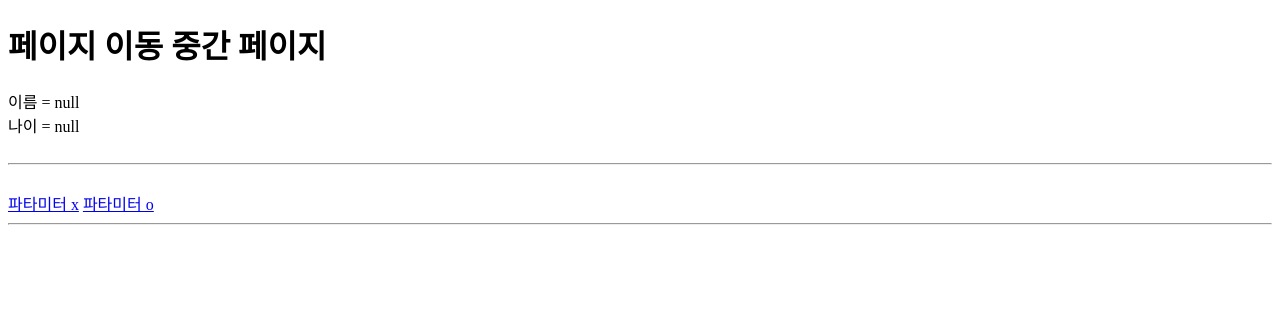
Repository: asnqty/workspace_jsp
Page: http://localhost/chapter02_jsp/Ex05_02_page_move.jsp
The author's editor kept a copy of each file at every save. The page is drawn from the files as they stood at one save, then again after the next save.
The browser window is 1280 px wide. The pictures show the whole page.
The page is served by Tomcat 9.

Above is the page before, as saved 2025-11-25 05:34:59.

### chapter02_jsp/WebContent/Ex05_02_page_move.jsp
<%@ page language="java" contentType="text/html; charset=UTF-8"
    pageEncoding="UTF-8"%>
<%
	request.setCharacterEncoding("utf-8");
	String name = request.getParameter("name");
	String age = request.getParameter("age");
%>
<!DOCTYPE html>
<html>
<head>
<meta charset="UTF-8">
<title>Insert title here</title>
</head>
<body>
	<h1>페이지 이동 중간 페이지</h1>
	<div>이름 = <%=name %></div>
	<div>나이 = <%=age %></div>

	<br> <hr> <br>

	<!-- 1. <a> 태그로 이동하기 -->
	<!-- 파라미터 전달 x -->
	<a href="Ex05_03_page_move.jsp">파타미터 x</a>
	<!-- 파라미터 전달 o -->
	<a href="Ex05_03_page_move.jsp?name=<%=name%>&age=<%=age%>">파타미터 o</a>

	<br> <hr> <br>

	<!-- 2. <a> 태그로 이동하기 -->
</body>
</html>

After the next save:
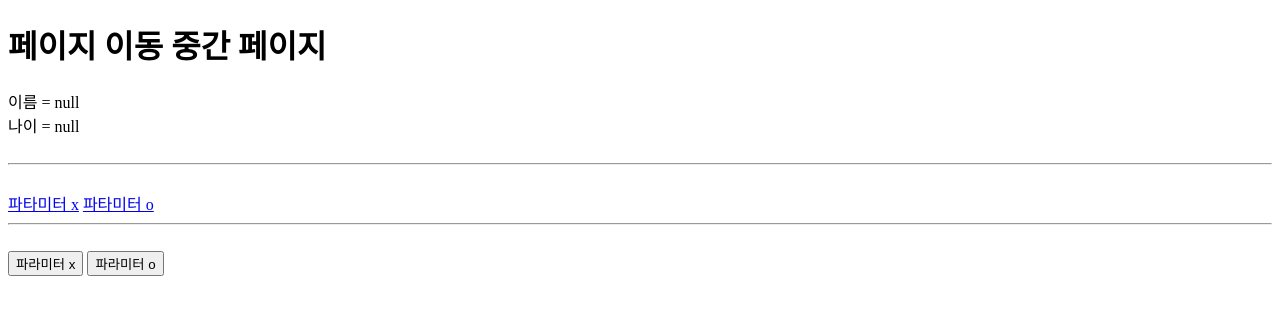
Saved 100 s later.
--- a/chapter02_jsp/WebContent/Ex05_02_page_move.jsp
+++ b/chapter02_jsp/WebContent/Ex05_02_page_move.jsp
@@ -26,6 +26,8 @@
 
 	<br> <hr> <br>
 
-	<!-- 2. <a> 태그로 이동하기 -->
+	<!-- 2. location.href로 이동하기 -->
+	<button onclick="location.href='Ex05_03_page_move.jsp'">파라미터 x</button>
+	<button onclick="location.href='Ex05_03_page_move.jsp?name=<%=name%>&age=<%=age%>'">파라미터 o</button>
 </body>
 </html>
